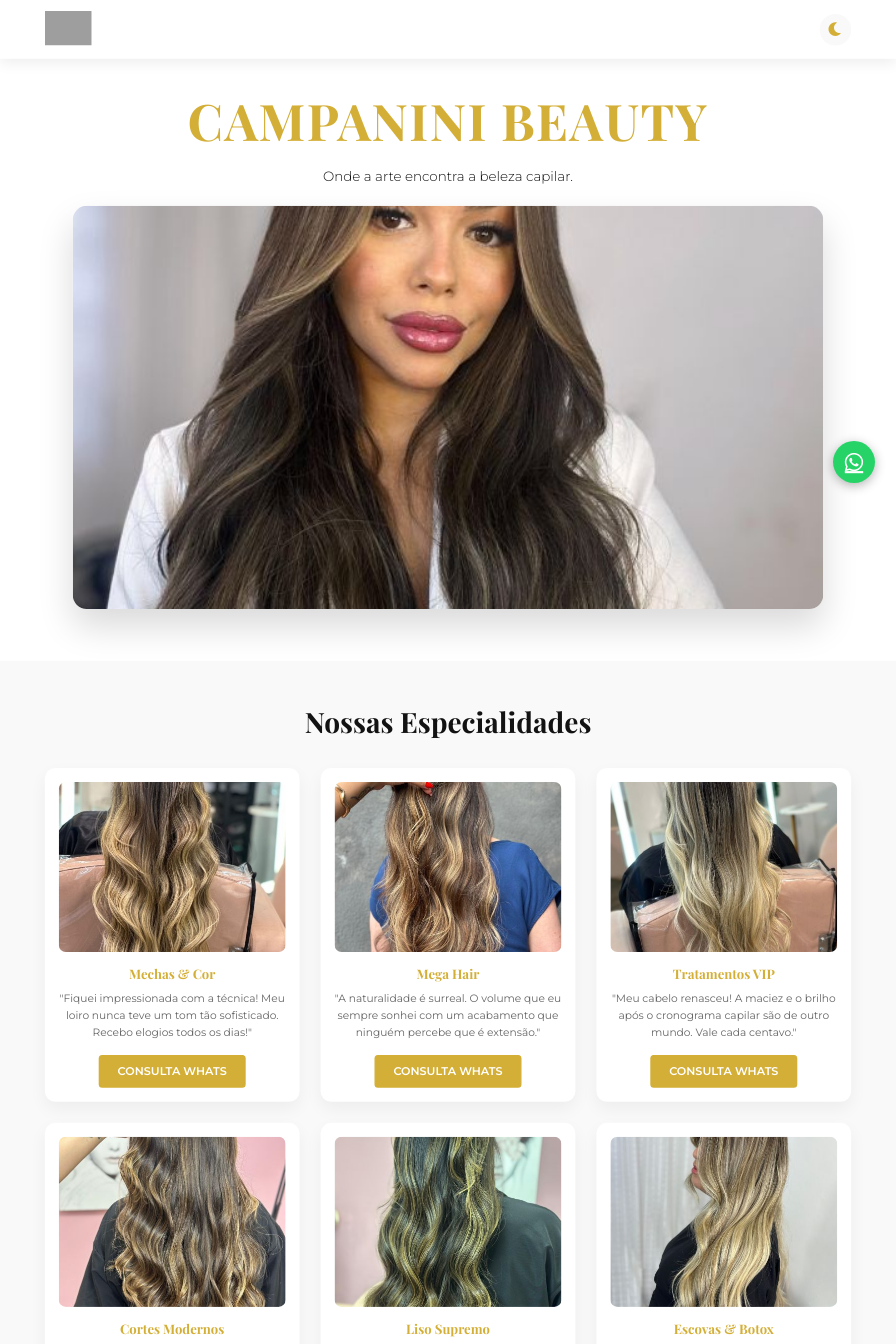
Repository: Sandro1969-tech/campanini-beauty
Page: index.html
The author's editor kept a copy of each file at every save. The page is drawn from the files as they stood at one save, then again after the next save.
The browser window is 1280 px wide. The pictures show the part of the page from y = 0 to 1920 px (the page is 3157 px tall), at 70% of full size.
Pictures or frames that could not be fetched are drawn as grey boxes. Some web fonts or font styles are not loaded; a fallback is used.

Above is the page before, as saved 2026-02-17 12:23:27.

### index.html
<!DOCTYPE html>
<html lang="pt-br">
<head>
    <meta charset="UTF-8">
    <meta name="viewport" content="width=device-width, initial-scale=1.0">
    <title>Campanini Beauty | Transformação e Brilho</title>
    <link rel="icon" href="assets/image/favicon.png" type="image/png">

    <link href="https://fonts.googleapis.com/css2?family=Montserrat:wght@300;400;600;700&family=Playfair+Display:ital,wght@0,700;1,700&display=swap" rel="stylesheet">
    <link rel="stylesheet" href="https://cdnjs.cloudflare.com/ajax/libs/font-awesome/6.0.0/css/all.min.css">

    <style>
        :root {
            --primary: #d4af37; /* Dourado */
            --dark: #121212;
            --light: #ffffff;
            --gray-bg: #f9f9f9;
            --text-muted: #666;
            --transition: 0.4s cubic-bezier(0.4, 0, 0.2, 1);
        }

        .dark-mode {
            --light: #121212;
            --dark: #ffffff;
            --gray-bg: #1e1e1e;
            --text-muted: #aaa;
        }

        * { margin: 0; padding: 0; box-sizing: border-box; font-family: 'Montserrat', sans-serif; }
        body { background-color: var(--light); color: var(--dark); transition: background var(--transition), color var(--transition); overflow-x: hidden; }

        /* --- Header --- */
        header {
            padding: 15px 5%;
            display: flex;
            justify-content: space-between;
            align-items: center;
            position: sticky;
            top: 0;
            background: var(--light);
            z-index: 1000;
            box-shadow: 0 4px 20px rgba(0,0,0,0.08);
        }

        .logo img { height: 50px; transition: transform 0.3s; }
        .logo img:hover { transform: scale(1.05); }

        .theme-toggle {
            cursor: pointer;
            font-size: 1.4rem;
            color: var(--primary);
            background: var(--gray-bg);
            padding: 10px;
            border-radius: 50%;
            width: 45px;
            height: 45px;
            display: flex;
            align-items: center;
            justify-content: center;
        }

        /* --- Hero Section --- */
        .hero {
            text-align: center;
            padding: 40px 5%;
            max-width: 1200px;
            margin: 0 auto;
        }

        .pulsing-title {
            font-family: 'Playfair Display', serif;
            font-size: clamp(2.5rem, 8vw, 4.5rem);
            margin-bottom: 20px;
            color: var(--primary);
            animation: pulse 2.5s infinite ease-in-out;
            text-transform: uppercase;
            letter-spacing: 2px;
        }
/* CORREÇÃO AQUI: Imagem principal sem altura fixa para não cortar */
    .main-img {
        width: 100%;
        min-height: 400px;
        height: auto; /* Deixa a foto na proporção real */
        max-height: 80vh; /* Impede que fique minigigante em telas enormes */
        object-fit: cover;
        object-position: center; /* Garante que a foto apareça inteira */
        border-radius: 20px;
        margin: 30px 0;
        box-shadow: 0 25px 50px rgba(0,0,0,0.15);
    }

    /* --- Services Grid (Ajuste da Qualidade) --- */
    .services-container { padding: 60px 5%; background: var(--gray-bg); }
    .section-title { text-align: center; font-family: 'Playfair Display', serif; font-size: 2.5rem; margin-bottom: 40px; }

    .services-grid {
        display: grid;
        grid-template-columns: repeat(auto-fit, minmax(300px, 1fr));
        gap: 30px;
        max-width: 1200px;
        margin: 0 auto;
    }

    .service-card {
        background: var(--light);
        padding: 20px;
        border-radius: 15px;
        text-align: center;
        transition: transform var(--transition);
        box-shadow: 0 10px 25px rgba(0,0,0,0.05);
    }

    .service-card:hover { transform: translateY(-10px); }

    /* CORREÇÃO AQUI: Imagens das colunas com proporção preservada */
    .service-card img {
        width: 100%;
        aspect-ratio: 4 / 3; /* Define uma proporção elegante (ajuste para 1/1 se preferir quadradas) */
        object-fit: cover; /* Preenche o espaço sem esticar */
        border-radius: 10px;
        margin-bottom: 15px;
        image-rendering: auto; /* Garante a melhor qualidade do navegador */
    }

    .service-card h3 { font-family: 'Playfair Display', serif; color: var(--primary); margin-bottom: 10px; }
    .service-card p { font-size: 0.95rem; color: var(--text-muted); line-height: 1.6; margin-bottom: 20px; }

    /* --- Botões Hover --- */
    .btn-ws {
        display: inline-block;
        padding: 12px 25px;
        background-color: var(--primary);
        color: white;
        text-decoration: none;
        border-radius: 5px;
        font-weight: 600;
        border: 2px solid var(--primary);
        transition: 0.3s;
    }

    .btn-ws:hover {
        background-color: transparent;
        color: var(--primary);
        transform: scale(1.05);
    }

    /* Resto do CSS (Depoimentos, Rodapé, Whats) mantidos para responsividade */
    .testimonials { padding: 80px 5%; text-align: center; max-width: 1200px; margin: 0 auto; }
    .testimonial-grid { display: grid; grid-template-columns: repeat(auto-fit, minmax(250px, 1fr)); gap: 25px; margin-top: 40px; }
    .testi-card { padding: 30px; border: 1px solid var(--primary); border-radius: 15px; }
    .testi-img { width: 70px; height: 70px; border-radius: 50%; object-fit: cover; border: 2px solid var(--primary); margin-bottom: 15px; }

    footer { background: #000; color: #fff; padding: 50px 5% 20px; text-align: center; }
    .map-container { margin: 30px auto; max-width: 900px; height: 300px; border-radius: 15px; overflow: hidden; }

    .whatsapp-float {
        position: fixed; bottom: 30px; right: 30px;
        background-color: #25d366; color: #FFF;
        border-radius: 50%; width: 60px; height: 60px;
        display: flex; align-items: center; justify-content: center;
        font-size: 30px; z-index: 2000; box-shadow: 0 4px 15px rgba(0,0,0,0.3);
        animation: bounce 2s infinite;
    }

    @keyframes pulse {
        0%, 100% { transform: scale(1); }
        50% { transform: scale(1.05); text-shadow: 0 0 20px rgba(212, 175, 55, 0.5); }
    }
    @keyframes bounce {
        0%, 20%, 50%, 80%, 100% {transform: translateY(0);}
        40% {transform: translateY(-10px);}
    }

    @media (max-width: 768px) {
        .pulsing-title { font-size: 2rem; }
        .main-img { max-height: 50vh; }
    }
</style>    </style>
</head>
<body>

    <header>
        <div class="logo">
            <img src="assets/image/Logo-campanini.png" alt="Campanini Beauty">
        </div>
        <div class="theme-toggle" onclick="toggleTheme()" title="Trocar modo">
            <i class="fas fa-moon" id="theme-icon"></i>
        </div>
    </header>

    <section class="hero">
        <h1 class="pulsing-title">Campanini Beauty</h1>
        <p style="font-size: 1.2rem; font-weight: 300;">Onde a arte encontra a beleza capilar.</p>
        <img src="assets/image/principal.jpg" alt="Destaque Campanini" class="main-img">
    </section>

    <div class="services-container">
        <h2 class="section-title">Nossas Especialidades</h2>
        <div class="services-grid">
            <div class="service-card">
                <img src="assets/image/imagem1.jpg" alt="Mechas">
                <h3>Mechas & Cor</h3>
                <p>"Fiquei impressionada com a técnica! Meu loiro nunca teve um tom tão sofisticado. Recebo elogios todos os dias!"</p>
                <a href="https://wa.me/5511999999999" class="btn-ws">CONSULTA WHATS</a>
            </div>
            <div class="service-card">
                <img src="assets/image/imagem2.jpg" alt="Mega Hair">
                <h3>Mega Hair</h3>
                <p>"A naturalidade é surreal. O volume que eu sempre sonhei com um acabamento que ninguém percebe que é extensão."</p>
                <a href="https://wa.me/5511999999999" class="btn-ws">CONSULTA WHATS</a>
            </div>
            <div class="service-card">
                <img src="assets/image/imagem3.jpg" alt="Tratamentos">
                <h3>Tratamentos VIP</h3>
                <p>"Meu cabelo renasceu! A maciez e o brilho após o cronograma capilar são de outro mundo. Vale cada centavo."</p>
                <a href="https://wa.me/5511999999999" class="btn-ws">CONSULTA WHATS</a>
            </div>
            <div class="service-card">
                <img src="assets/image/imagem4.jpg" alt="Cortes">
                <h3>Cortes Modernos</h3>
                <p>"O visagismo mudou minha imagem. Um corte que valoriza meu rosto e é super fácil de arrumar em casa!"</p>
                <a href="https://wa.me/5511999999999" class="btn-ws">CONSULTA WHATS</a>
            </div>
            <div class="service-card">
                <img src="assets/image/imagem5.jpg" alt="Alisamentos">
                <h3>Liso Supremo</h3>
                <p>"Finalmente um alisamento que deixa o cabelo com balanço e aspecto saudável. Brilho espelhado maravilhoso!"</p>
                <a href="https://wa.me/5511999999999" class="btn-ws">CONSULTA WHATS</a>
            </div>
            <div class="service-card">
                <img src="assets/image/imagem6.jpg" alt="Escovas">
                <h3>Escovas & Botox</h3>
                <p>"A finalização perfeita. Saio do salão me sentindo uma celebridade pronta para qualquer evento!"</p>
                <a href="https://wa.me/5511999999999" class="btn-ws">CONSULTA WHATS</a>
            </div>
        </div>
    </div>

    <section class="testimonials">
        <h2 class="section-title">Quem Confia</h2>
        <div class="testimonial-grid">
            <div class="testi-card">
                <img src="https://i.pravatar.cc/150?u=1" alt="Cliente 1" class="testi-img">
                <i class="fas fa-quote-left"></i>
                <p>"O melhor salão de São Paulo! O atendimento do Campanini Beauty é impecável e os produtos são de altíssima qualidade."</p>
                <h4 style="margin-top:15px; color: var(--primary);">Mariana Silva</h4>
            </div>
            <div class="testi-card">
                <img src="https://i.pravatar.cc/150?u=2" alt="Cliente 2" class="testi-img">
                <i class="fas fa-quote-left"></i>
                <p>"Fiz reflexo e cortei. O resultado superou todas as minhas expectativas. Me sinto um gatão!"</p>
                <h4 style="margin-top:15px; color: var(--primary);">Julio Costa</h4>
            </div>
            <div class="testi-card">
                <img src="https://i.pravatar.cc/150?u=3" alt="Cliente 3" class="testi-img">
                <i class="fas fa-quote-left"></i>
                <p>"Ambiente luxuoso e profissionais extremamente competentes. É o meu momento favorito da semana."</p>
                <h4 style="margin-top:15px; color: var(--primary);">Fernanda Lima</h4>
            </div>
        </div>
    </section>

    <footer>
        <div class="social-links">
            <a href="https://instagram.com/campaninibeauty" target="_blank"><i class="fab fa-instagram"></i></a>
        </div>
        <p><i class="fas fa-map-marker-alt" style="color:var(--primary)"></i> Rua soldado João Oliveira, 421<br>Bairro Chácara Inglesa, São Paulo</p>

        <div class="map-container">
            <iframe src="https://www.google.com/maps/embed?pb=!1m18!1m12!1m3!1d3655.8828987317785!2d-46.6384288!3d-23.6085188!2m3!1f0!2f0!3f0!3m2!1i1024!2i768!4f13.1!3m3!1m2!1s0x94ce5a3713606f7b%3A0xc07472064166297a!2sR.%20Soldado%20Jo%C3%A3o%20de%20Oliveira%2C%20421%20-%20Ch%C3%A1cara%20Inglesa%2C%20S%C3%A3o%20Paulo%20-%20SP%2C%2004139-011!5e0!3m2!1spt-BR!2sbr!4v1700000000000" width="100%" height="100%" style="border:0;" allowfullscreen="" loading="lazy"></iframe>
        </div>
        <p style="font-size: 0.8rem; opacity: 0.6;">© 2024 Campanini Beauty. Criado com elegância.</p>
    </footer>

    <a href="https://wa.me/5511999999999" class="whatsapp-float" target="_blank">
        <i class="fab fa-whatsapp"></i>
    </a>

    <script>
        function toggleTheme() {
            const body = document.body;
            const icon = document.getElementById('theme-icon');
            body.classList.toggle('dark-mode');

            if (body.classList.contains('dark-mode')) {
                icon.classList.replace('fa-moon', 'fa-sun');
            } else {
                icon.classList.replace('fa-sun', 'fa-moon');
            }
        }
    </script>
</body>
</html>

After the next save:
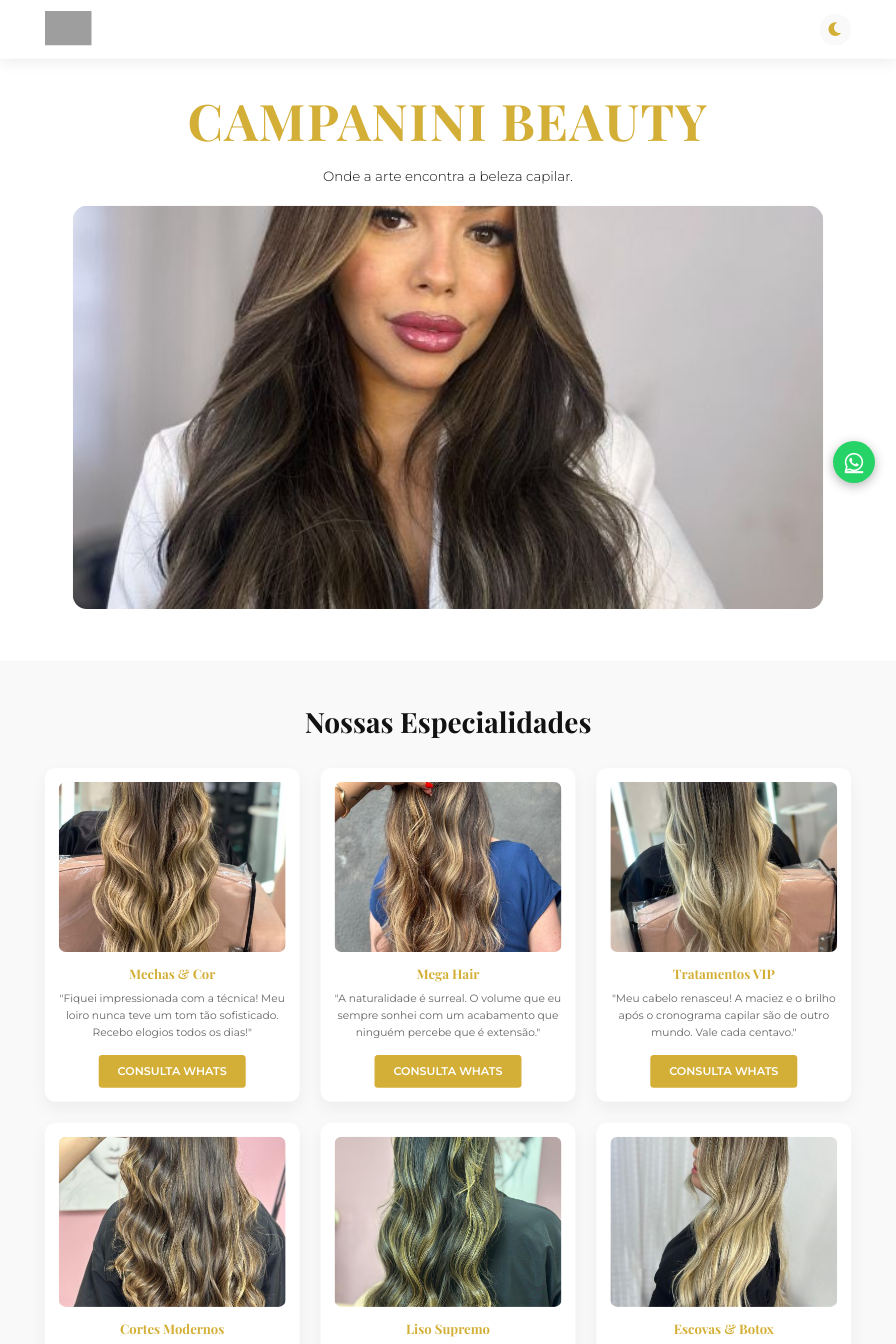
Saved 79 s later.
--- a/index.html
+++ b/index.html
@@ -86,7 +86,7 @@
         object-position: center; /* Garante que a foto apareça inteira */
         border-radius: 20px;
         margin: 30px 0;
-        box-shadow: 0 25px 50px rgba(0,0,0,0.15);
+        box-shadow: 0 25px 50px rgba(0,0,0,0.);
     }
 
     /* --- Services Grid (Ajuste da Qualidade) --- */

After the save that followed:
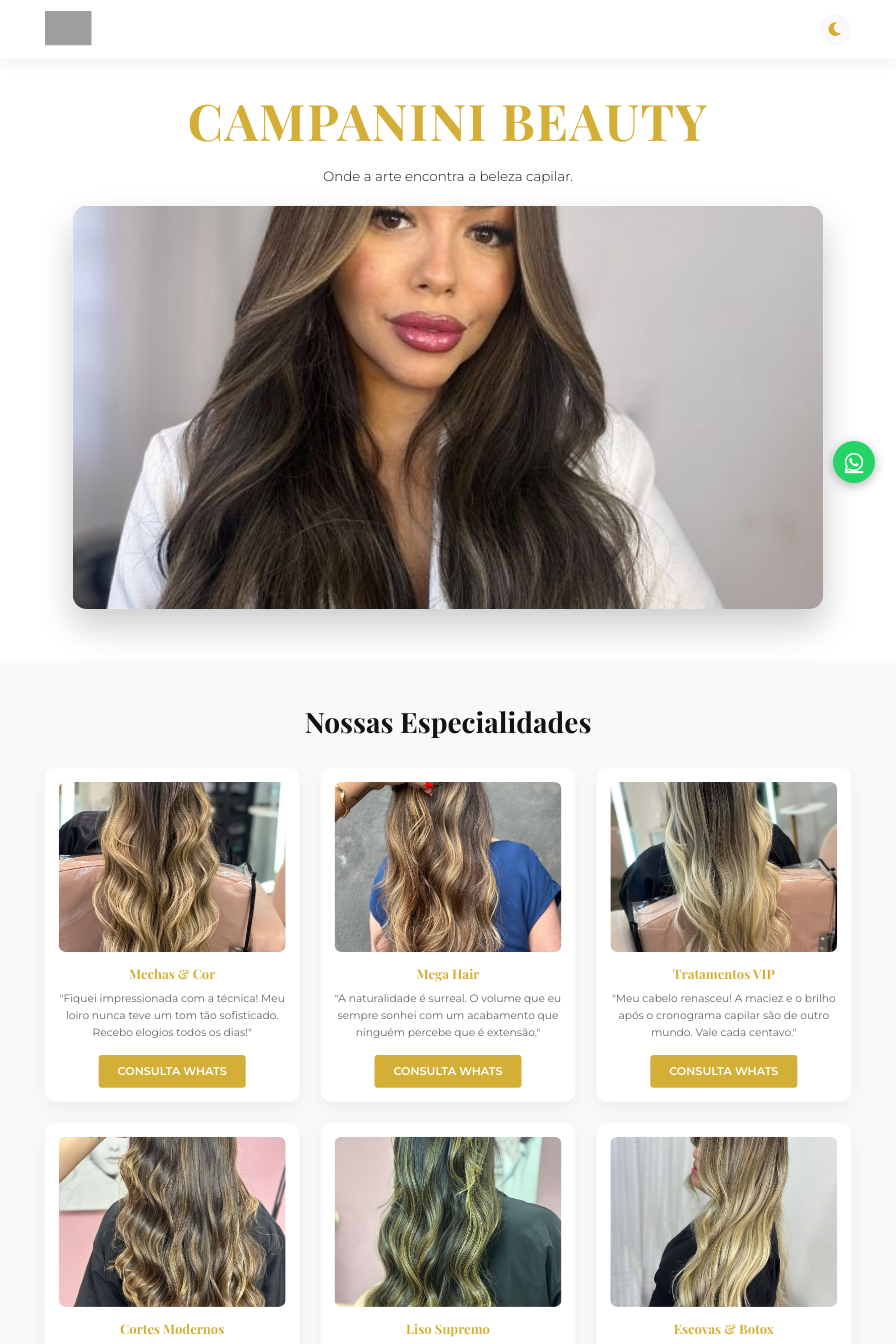
Saved 6 s later.
--- a/index.html
+++ b/index.html
@@ -86,7 +86,7 @@
         object-position: center; /* Garante que a foto apareça inteira */
         border-radius: 20px;
         margin: 30px 0;
-        box-shadow: 0 25px 50px rgba(0,0,0,0.);
+        box-shadow: 0 25px 50px rgba(0,0,0,0.2);
     }
 
     /* --- Services Grid (Ajuste da Qualidade) --- */
